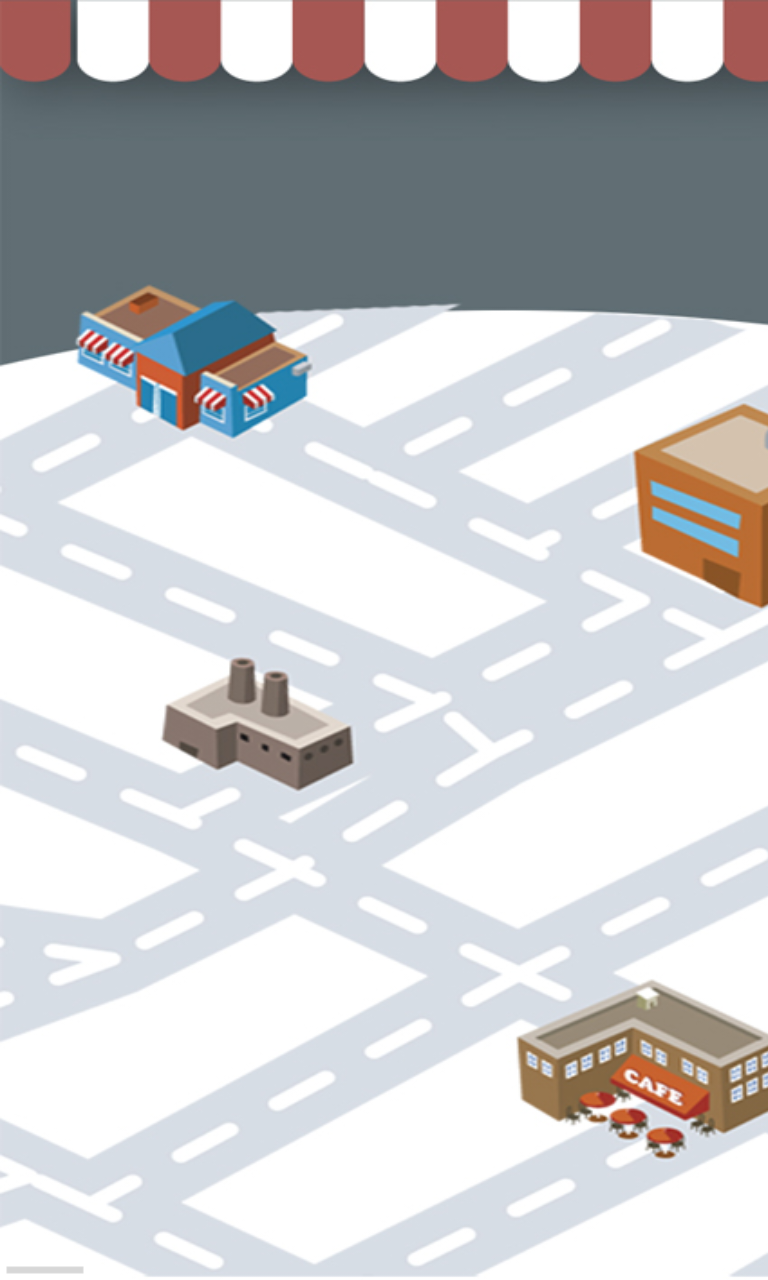
Repository: ahmeda8/playable
Layout: Playable/res/layout/activity_main.xml
These files come from the project's save history. The layout is drawn as it stood at one moment and after the next save; the edit follows.
It is drawn on a 768 x 1280 px phone screen (xhdpi) without system bars, with theme AppTheme; the app's code is not run.

Above is the layout before, as saved 2013-07-20 20:40:20.

After the next save:
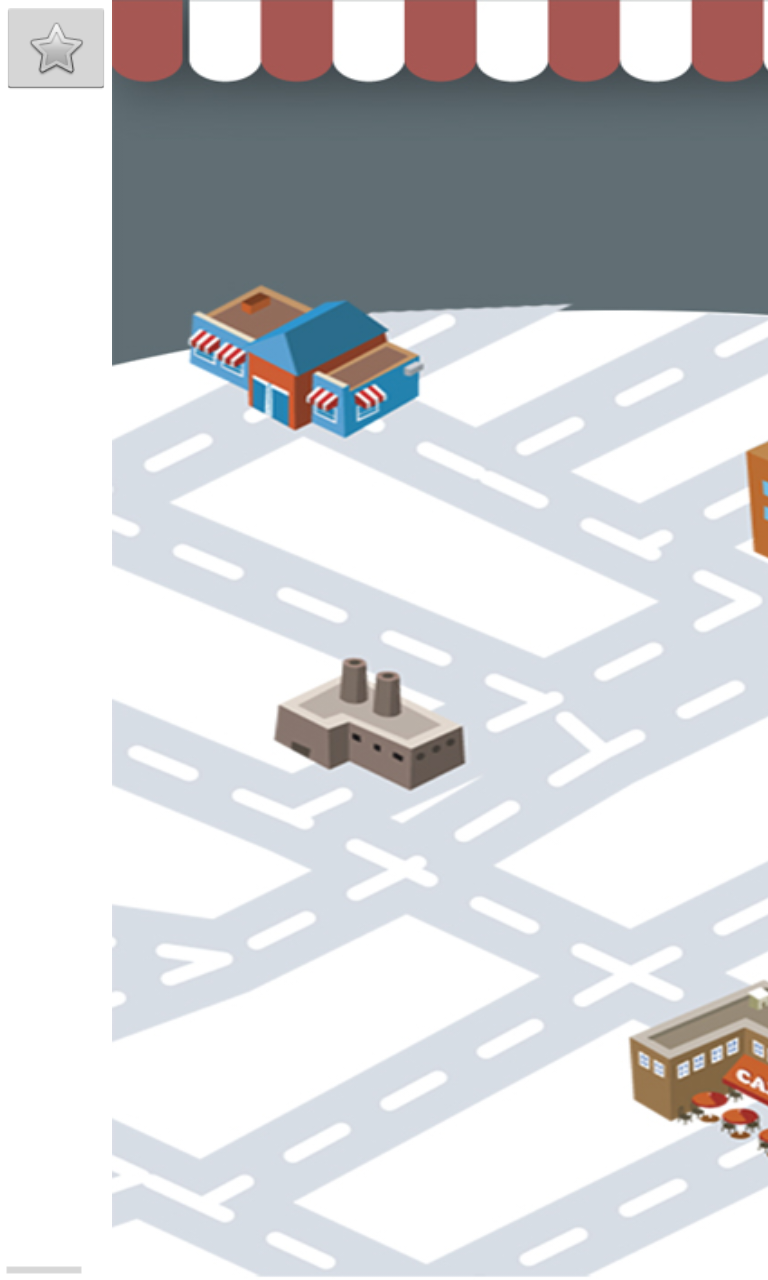
Saved 12 min 11 s later.
--- a/Playable/res/layout/activity_main.xml
+++ b/Playable/res/layout/activity_main.xml
@@ -11,7 +11,9 @@
             android:layout_height="match_parent"
             android:layout_margin="0dp"
             android:fillViewport="true"
-            android:padding="0dp" >
+            android:padding="0dp"
+            android:background=""
+            >
 
             <LinearLayout
                 android:layout_width="wrap_content"
@@ -19,6 +21,12 @@
                 android:orientation="horizontal"
                 android:id="@+id/linearLayout1"
                 >
+
+                <ImageButton
+                    android:id="@+id/imageButton1"
+                    android:layout_width="wrap_content"
+                    android:layout_height="wrap_content"
+                    android:src="@android:drawable/btn_star" />
 
                 <ImageView
                     android:id="@+id/imageView1"
